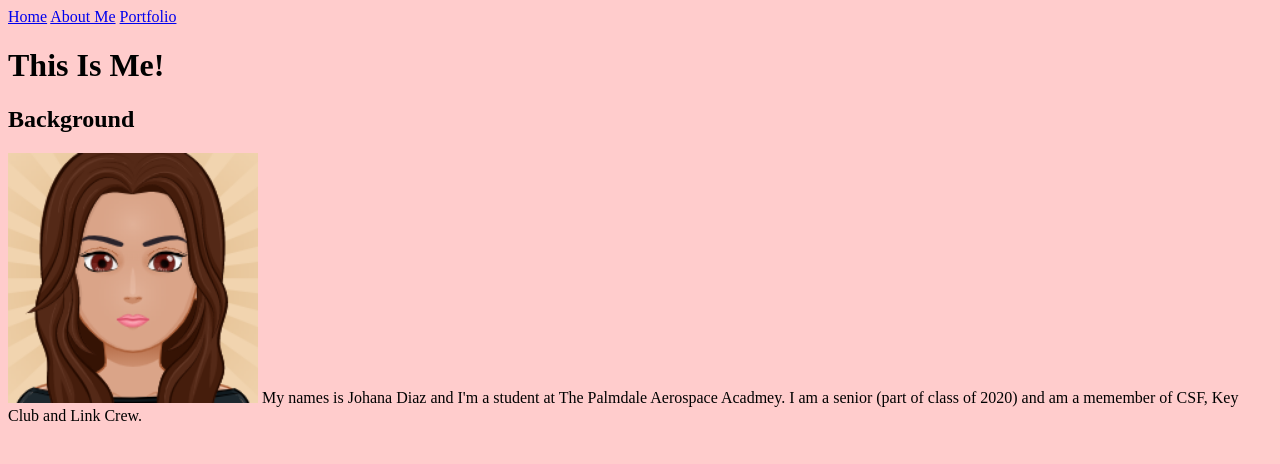
Repository: JDiaz463/JDiaz463.github.io
Page: my_website/aboutme.html
The author's editor kept a record of every edit. The page is drawn from the files as they stood at one moment, then again after the next edit.
The browser window is 1280 px wide. The pictures show the whole page.

Above is the page before.

### my_website/aboutme.html
<!doctype html>
	<html lang="en">
 <body style="background-color:hsl(0, 100%, 90%);">
	  <head>
	    <meta charset="utf-8">
	    <title>About Me</title>
	  </head>
	  <body>
    <a href="index.html">Home</a>
    <a href="aboutme.html">About Me</a>
    <a href="portfolio.html">Portfolio</a>
    <h1>This Is Me!</h1>
   <h2>Background</h2>
   <img src="images/myAvatar.png" height="250">
    <p1> My names is Johana Diaz and I'm a student at The Palmdale
        Aerospace Acadmey. I am a senior (part of class of 2020) and
        am a memember of CSF, Key Club and Link Crew. </p1>
	  </body>
	</html>

After the next edit:
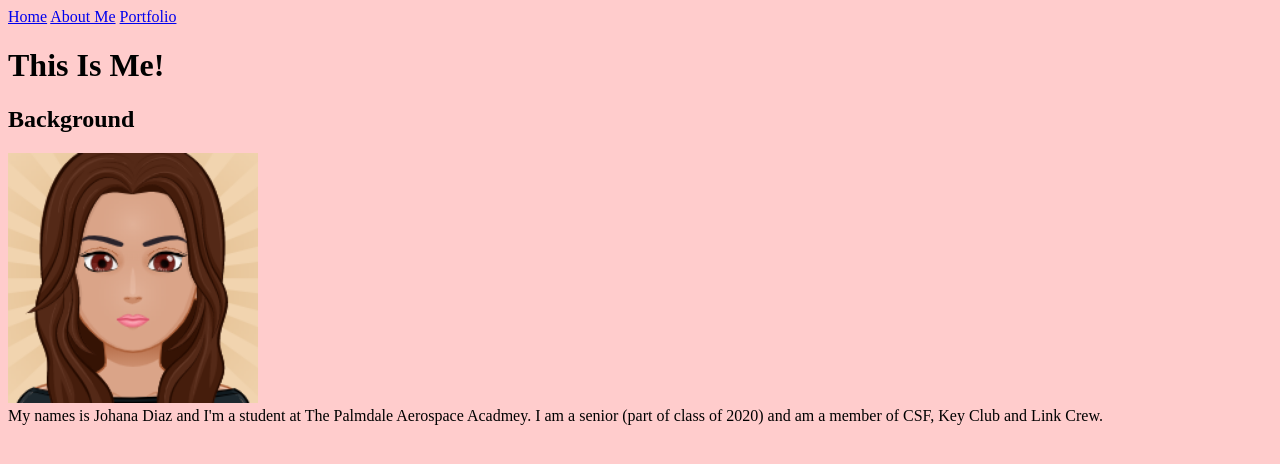
The edit:
--- a/my_website/aboutme.html
+++ b/my_website/aboutme.html
@@ -12,8 +12,10 @@
     <h1>This Is Me!</h1>
    <h2>Background</h2>
    <img src="images/myAvatar.png" height="250">
-    <p1> My names is Johana Diaz and I'm a student at The Palmdale
+
+  <br> <p1> My names is Johana Diaz and I'm a student at The Palmdale
         Aerospace Acadmey. I am a senior (part of class of 2020) and
-        am a memember of CSF, Key Club and Link Crew. </p1>
+        am a member of CSF, Key Club and Link Crew. </p1>
+
 	  </body>
 	</html>
